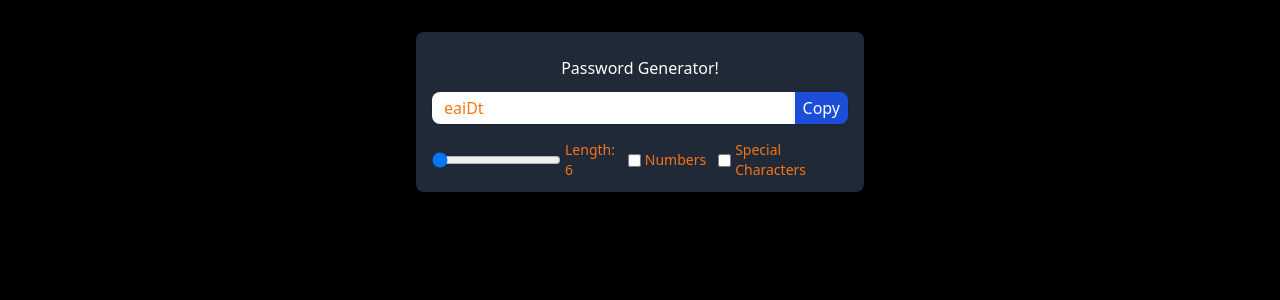
Repository: tirth2014/chai-aur-react
Page: / (app in 05_password-generator/)
An editor plug-in stored every save of this project. The page is shown before and after the next save, followed by the edit.
The browser window is 1280 px wide. The pictures show the whole page.
The project was rebuilt for these pictures with package versions that can differ from the ones it lists, and the page was loaded fresh each time. Also part of the build but not shown: 05_password-generator/vite.config.js.

Above is the page before, as saved 2023-10-08 01:24:04.

### 05_password-generator/src/App.jsx
import { useCallback, useEffect, useState, useRef } from 'react'

function App() {

  const [password, setPassword] = useState('');
  const [length, setLength] = useState(6);
  const [numsAllowed, setNumsAllowed] = useState(false);
  const [spCharAllowed, setSpCharAllowed] = useState(false);

  const passwordRef = useRef(null)

  // useCallback is a React Hook that lets you cache a function definition between re-renders.
  // const cachedFn = useCallback(fn, dependencies)

  const passwordGenerator = useCallback(
    ()=> {
      let pass = ""
      let str = "ABCDEFGHIJKLMNOPQRSTUVWXYZabcdefghijklmnopqrstuvwxyz"
      if (numsAllowed) str += "0123456789"
      if (spCharAllowed) str += "!@#$%^&*-_+=[]{}~`"

      for (let i = 1; i <= length; i++) {
        const strIdx = Math.floor(Math.random() * str.length + 1);
        pass += str.charAt(strIdx);
      }

      setPassword(pass);

    } , [length,numsAllowed,spCharAllowed] )
    // } , [length,numsAllowed,spCharAllowed,setPassword] )
    // we should not include setPassword in the useCallback dependency array, because when this functional component re-renders,
    // the reference of the setPassword function would be different from the setPassword function on previous render.
    // So this would again create the function. This would totally defy the reason why we are using useCallback
    // as the function would again be created on every re-render.

    useEffect(()=> {
      passwordGenerator();
    }, [length, numsAllowed, spCharAllowed, passwordGenerator])

    const copyPassToClipboard = () => {
      passwordRef.current?.select();  // select the copied text. So, that user can know it's copied!
      // passwordRef.current?.setSelectionRange(0, 10);
      window.navigator.clipboard.writeText(password)
    }


  return (
      <div className="w-full max-w-md mx-auto shadow-md rounded-lg px-4 py-3 my-8 bg-gray-800 text-orange-500">
        <h1 className='text-white text-center my-3'>Password Generator!</h1>
        <div className='flex shadow rounded-lg overflow-hidden mb-4'>
          <input
            type="text"
            value={password}
            placeholder='password'
            readOnly
            ref = {passwordRef}
            className='outline-none w-full py-1 px-3'
          />
          <button className='outline-none shadow bg-blue-700 text-white px-2 py-1 shrink-0' onClick={copyPassToClipboard}>Copy</button>
        </div>

        <div className='flex text-sm gap-x-3'>
          <div className='flex items-center gap-x-1'>
            <input
            type="range"
            name="passLength"
            id="passLength"
            min={6}
            max={20}
            value={length}  // If value is not given then even for minLen the cursor will point at maxLen on reload
            className='cursor-pointer'
            onChange={(e) => setLength(e.currentTarget.value)}
            />
            <label htmlFor="passLength" >Length: {length}</label>
          </div>

          <div className='flex items-center gap-x-1'>
            <input
            type="checkbox"
            id='numsAllowed'
            defaultChecked={numsAllowed}
            onChange={() => setNumsAllowed((prev) => !prev)}
            />
            <label htmlFor="numsAllowed">Numbers</label>
          </div>

          <div className='flex items-center gap-x-1'>
            <input
            type="checkbox"
            id='spCharAllowed'
            onChange={() => setSpCharAllowed((prev) => !prev)}
            defaultChecked={spCharAllowed}
            />
            <label htmlFor="spCharAllowed">Special Characters</label>
          </div>

        </div>
      </div>
  )
}

export default App

Loaded but not shown: 05_password-generator/index.html (common file); 05_password-generator/src/main.jsx (common file); 05_password-generator/src/index.css (common file); 05_password-generator/tailwind.config.js (common file)

After the next save:
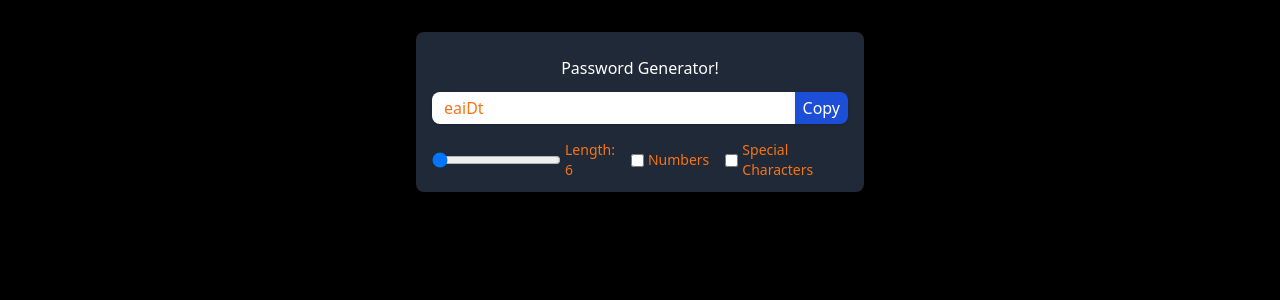
Saved 5 s later.
--- a/05_password-generator/src/App.jsx
+++ b/05_password-generator/src/App.jsx
@@ -59,7 +59,7 @@ function App() {
           <button className='outline-none shadow bg-blue-700 text-white px-2 py-1 shrink-0' onClick={copyPassToClipboard}>Copy</button>
         </div>
 
-        <div className='flex text-sm gap-x-3'>
+        <div className='flex text-sm gap-x-4'>
           <div className='flex items-center gap-x-1'>
             <input
             type="range"
